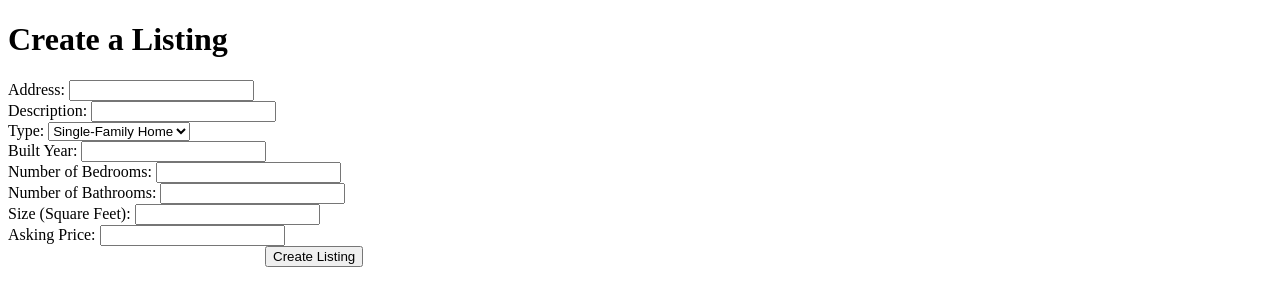
Repository: rickytorrez/test
Page: http://localhost/dcHome/WEB-INF/realtor.jsp
An editor plug-in stored every save of this project. The page is shown before and after the next save, followed by the edit.
The browser window is 1280 px wide. The pictures show the whole page.
The page is served by Tomcat 9. Nobody is signed in. Other server files are loaded and not shown. The template is opened directly, without the code that normally fills it, so the values that code supplies are empty.

Above is the page before, as saved 2018-05-31 15:22:54.

### dcHome/src/main/webapp/WEB-INF/realtor.jsp
<%@ page language="java" contentType="text/html; charset=UTF-8"
    pageEncoding="UTF-8"%>
<%@ taglib uri="http://java.sun.com/jsp/jstl/core" prefix="c" %>
<%@taglib prefix="fmt" uri="http://java.sun.com/jsp/jstl/fmt"%>
<%@taglib prefix="form" uri="http://www.springframework.org/tags/form"%>
<%@ taglib prefix="spring" uri="http://www.springframework.org/tags" %>
<!DOCTYPE html PUBLIC "-//W3C//DTD HTML 4.01 Transitional//EN" "http://www.w3.org/TR/html4/loose.dtd">
<html>
	<head>
		<meta http-equiv="Content-Type" content="text/html; charset=UTF-8">
		<title>Realtor</title>
	</head>
	<body>
		<h1>Create a Listing</h1>
		<form:errors path="listing.errors.*"></form:errors>

		<form:form method="POST" action="/listings/createListing" modelAttribute="listing">
			<form:label path="address">Address:
				<form:input path="address"></form:input>
			</form:label><br>
			<form:label path="description">Description:
				<form:input path="description"></form:input>
			</form:label><br>
			<form:label path="type">Type:
				<form:select path="type">
					<form:option value="single-family-home">Single-Family Home</form:option>
					<form:option value="townhome">Town House</form:option>
					<form:option value="apartment">Apartment</form:option>
				</form:select>
			</form:label><br>
			<form:label path="yearbuilt">Built Year:
				<form:input type="number" path="yearbuilt"></form:input>
			</form:label><br>
			<form:label path="numberofrooms">Number of Bedrooms:
				<form:input type="number" path="numberofrooms"></form:input>
			</form:label><br>
			<form:label path="numberofbathrooms">Number of Bathrooms:
				<form:input type="number" path="numberofbathrooms"></form:input>
			</form:label><br>
			<form:label path="size">Size (Square Feet):
				<form:input type="number" path="size"></form:input>
			</form:label><br>
			<form:label path="cost">Asking Price:
				<form:input type="number" path="cost"></form:input>
			</form:label><br>
			<input id="files" style="visibility:hidden;" name="file" type="file">
			<input type="submit" value="Create Listing"/>
		</form:form>
	</body>
</html>

After the next save:
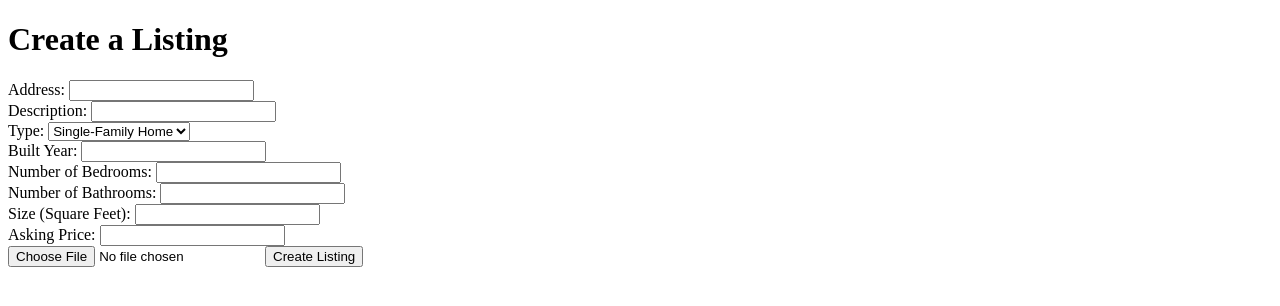
Saved 78 s later.
--- a/dcHome/src/main/webapp/WEB-INF/realtor.jsp
+++ b/dcHome/src/main/webapp/WEB-INF/realtor.jsp
@@ -43,7 +43,7 @@
 			<form:label path="cost">Asking Price:
 				<form:input type="number" path="cost"></form:input>
 			</form:label><br>
-			<input id="files" style="visibility:hidden;" name="file" type="file">
+			<input id="files" name="file" type="file">
 			<input type="submit" value="Create Listing"/>
 		</form:form>
 	</body>
